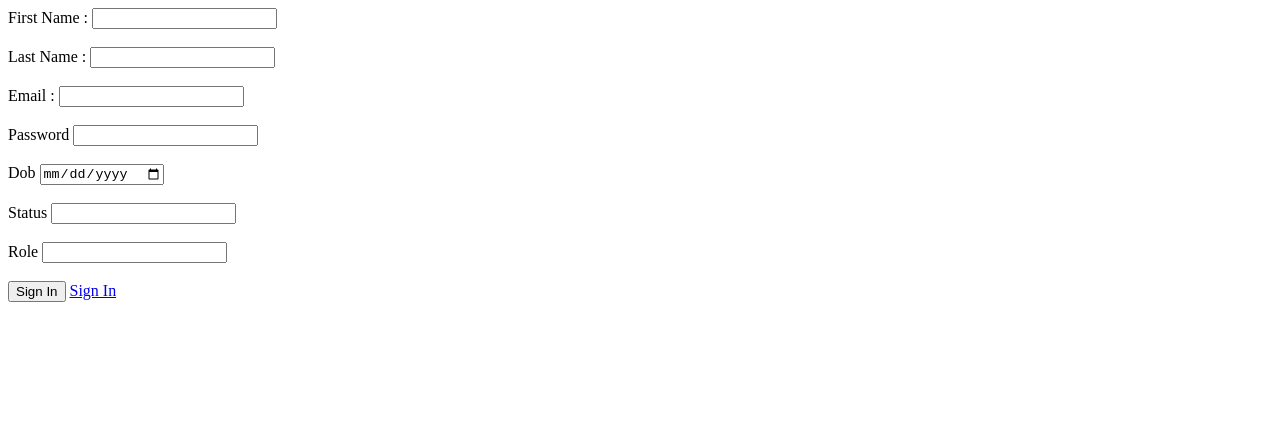
Repository: bhageshchincholi/AdvanceJava
Page: Election/Election/webcontent/SignUp.html
The author's editor kept a copy of each file at every save. The page is drawn from the files as they stood at one save, then again after the next save.
The browser window is 1280 px wide. The pictures show the whole page.

Above is the page before, as saved 2024-06-09 11:57:26.

After the next save:
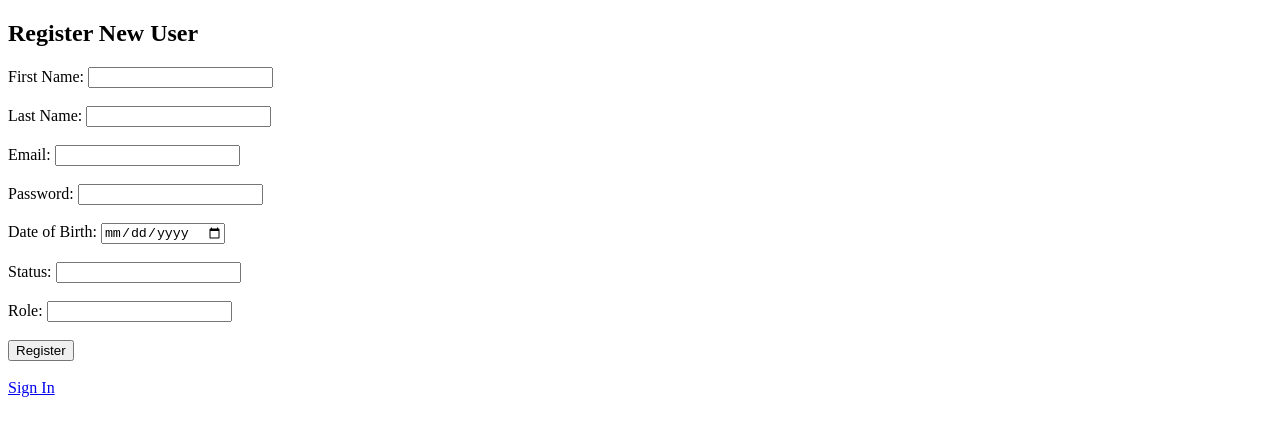
Saved 10 min 55 s later.
--- a/Election/Election/webcontent/SignUp.html
+++ b/Election/Election/webcontent/SignUp.html
@@ -5,47 +5,47 @@
 <title>New User Register</title>
 </head>
 <body>
-	<form method="post" action="register">
-		<label>First Name : </label>
-		<input type="text" name="firstName" />
-		<br/>
-		<br/>
-		<label>Last Name : </label>
-		<input type="text" name="lastName"/>
+<!DOCTYPE html>
+<html lang="en">
+<head>
+    <meta charset="UTF-8">
+    <meta name="viewport" content="width=device-width, initial-scale=1.0">
+    <title>New User Register</title>
+</head>
+<body>
+    <h2>Register New User</h2>
+    <form method="post" action="register">
+        <label for="firstName">First Name:</label>
+        <input type="text" id="firstName" name="firstName" required />
+        <br><br>
 
-		<br/>
-		<br/>
-		<label>Email : </label>
-		<input type="email" name="email"/>
+        <label for="lastName">Last Name:</label>
+        <input type="text" id="lastName" name="lastName" required />
+        <br><br>
 
-		<br/>
-		<br/>
-		<label>Password </label>
-		<input type="password" name="password"/>
+        <label for="email">Email:</label>
+        <input type="email" id="email" name="email" required />
+        <br><br>
 
-		<br/>
-		<br/>
-		<label>Dob</label>
-		<input type="date" name="dob"/>
+        <label for="password">Password:</label>
+        <input type="password" id="password" name="password" required />
+        <br><br>
 
-		<br/>
-		<br/>
-		<label>Status</label>
-		<input type="text" name="status"/>
-		<br/>
-		<br/>
+        <label for="dob">Date of Birth:</label>
+        <input type="date" id="dob" name="dob" required />
+        <br><br>
 
-		<label>Role </label>
-		<input type="text" name="role">
+        <label for="status">Status:</label>
+        <input type="text" id="status" name="status" required />
+        <br><br>
 
-		<br/>
-		<br/>
-		<input type="submit" value="Sign In"/>
-		<a href="index.html">Sign In</a>
+        <label for="role">Role:</label>
+        <input type="text" id="role" name="role" required />
+        <br><br>
 
-		<br/>
-		<br/>
-	</form>
-
+        <input type="submit" value="Register" />
+    </form>
+    <br>
+    <a href="index.html">Sign In</a>
 </body>
 </html>
